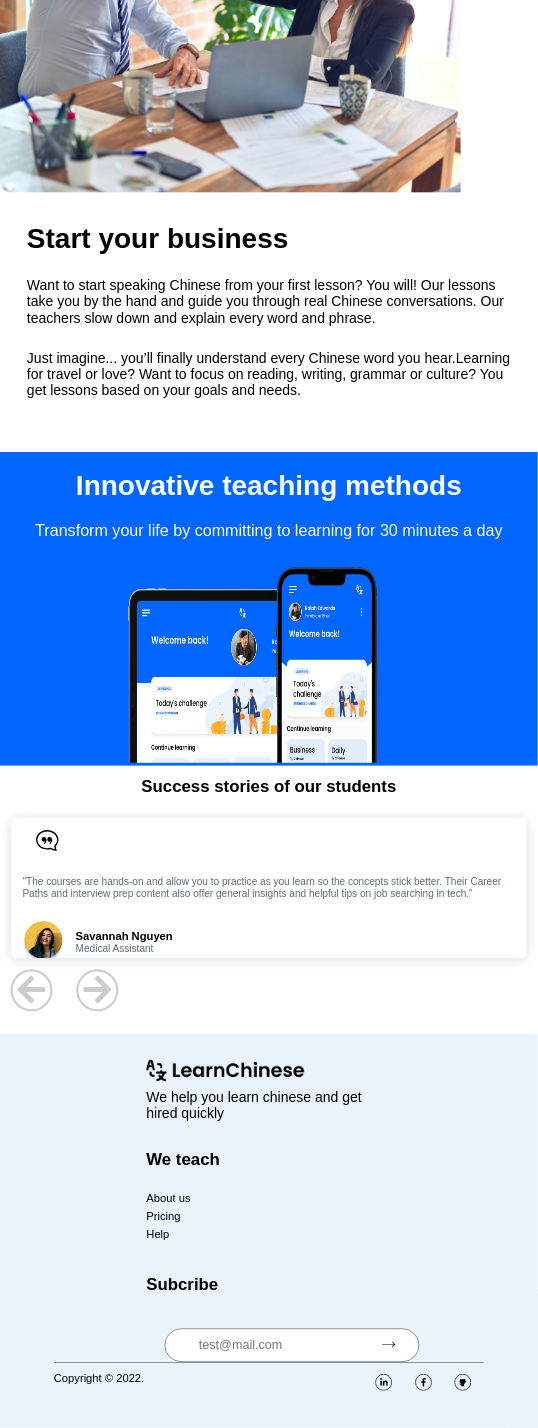
Repository: BinhIT/ChineseLearn
Page: index.html
An editor plug-in stored every save of this project. The page is shown before and after the next save, followed by the edit.
The browser window is 768 px wide. The pictures show the part of the page from y = 1064 to 3304 px (the page is 3104 px tall before and 3304 px after), at 70% of full size.

Above is the page before, as saved 2023-03-02 18:50:14.

After the next save:
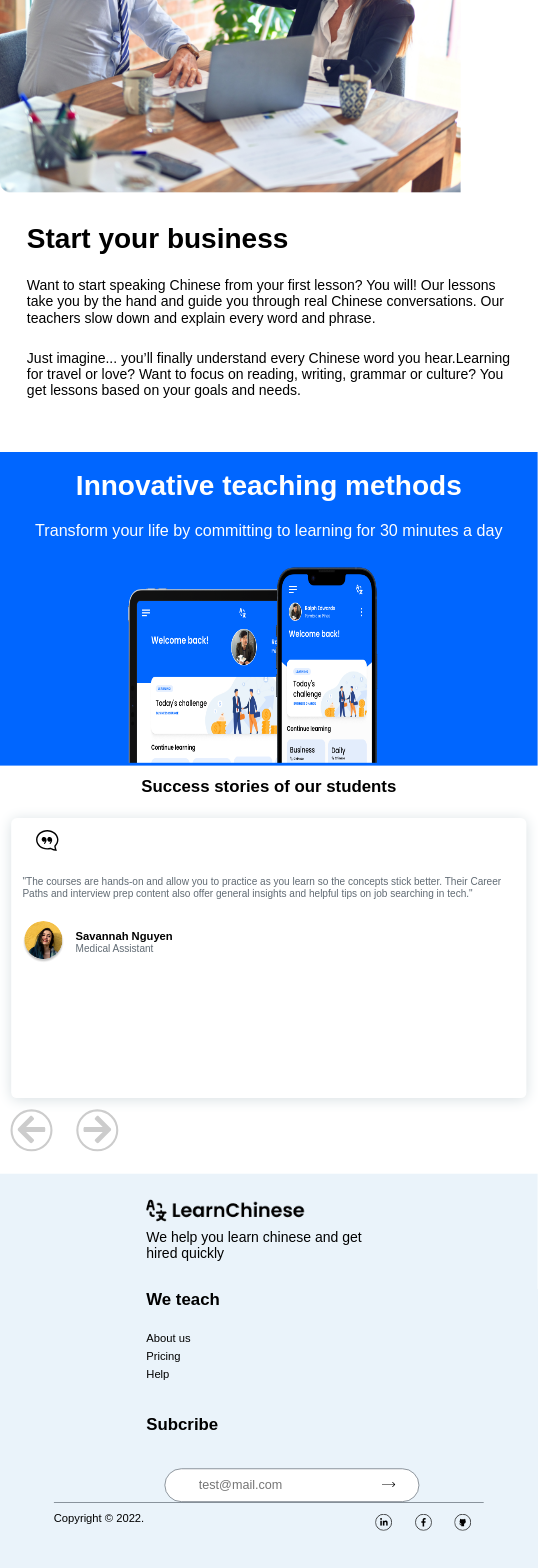
Saved 8 s later.
--- a/css/stories_card.css
+++ b/css/stories_card.css
@@ -137,6 +137,6 @@
     .card {
         display: none;
         width: 100%;
-        height: 200px;
+        height: 400px;
     }
 }
